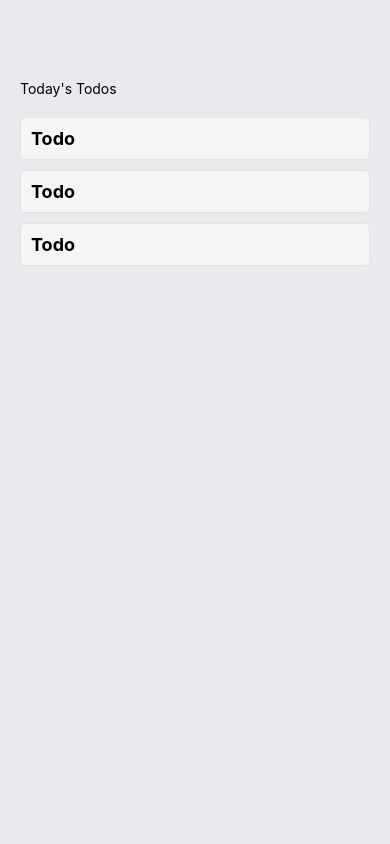
Repository: lomelo-x/ToDo-App
Screen: / (app in todo-app/)
An editor plug-in stored every save of this project. The screen is shown before and after a run of saves, followed by the edit.
The app was drawn by React Native's web renderer in a window 390 px wide. The project was rebuilt for these pictures with package versions that can differ from the ones it lists, and the page was loaded fresh each time.

Above is the screen before, as saved 2022-06-17 19:19:22.

### todo-app/App.js
import { StatusBar } from 'expo-status-bar';
import { StyleSheet, Text, View } from 'react-native';
import Todo from './components/Todo';

export default function App() {
	return (
		<View style={styles.container}>
			{/* Todays Todos */}
			<View style={styles.todoContainer}>
				<Text style={styles.sectionTitle}>Today's Todos</Text>
				<View style={styles.itemsContainer}>
					<Todo />
					<Todo />
					<Todo />
				</View>
			</View>
		</View>
	);
}

const styles = StyleSheet.create({
	container: {
		flex: 1,
		backgroundColor: '#E8EAED',
	},
	todoContainer: {
		paddingTop: 80,
		paddingHorizontal: 20,
	},
	sectionTitle: {},
	itemsContainer: {
		marginTop: 20,

	},
});

### todo-app/components/Todo.js
import React from 'react';
import { View, Text, StyleSheet } from 'react-native';

const Todo = () => {
	return (
		<View style={styles.todo}>
			<Text style={styles.todoText}>Todo</Text>
		</View>
	);
};

const styles = StyleSheet.create({
	todo: {
		backgroundColor: '#f5f5f5',
		padding: 10,
		marginBottom: 10,
		borderRadius: 5,
		borderWidth: 1,
		borderColor: '#e3e3e3',
	},
	todoText: {
		fontSize: 18,
		fontWeight: 'bold',
	},
});

export default Todo;

After the next 7 saves:
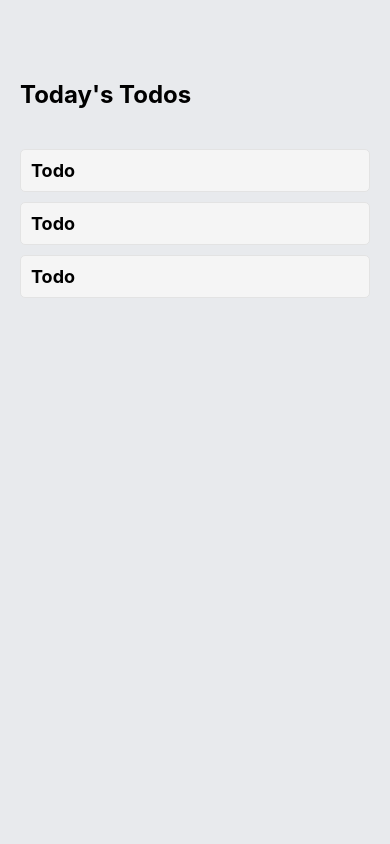
The 7 saves are shown as one change because they came seconds apart.
The last was saved 17 s later.
--- a/todo-app/App.js
+++ b/todo-app/App.js
@@ -27,9 +27,12 @@ const styles = StyleSheet.create({
 		paddingTop: 80,
 		paddingHorizontal: 20,
 	},
-	sectionTitle: {},
+	sectionTitle: {
+		fontSize: 24,
+		fontWeight: 'bold',
+		marginBottom: 20,
+	},
 	itemsContainer: {
 		marginTop: 20,
-
 	},
 });
